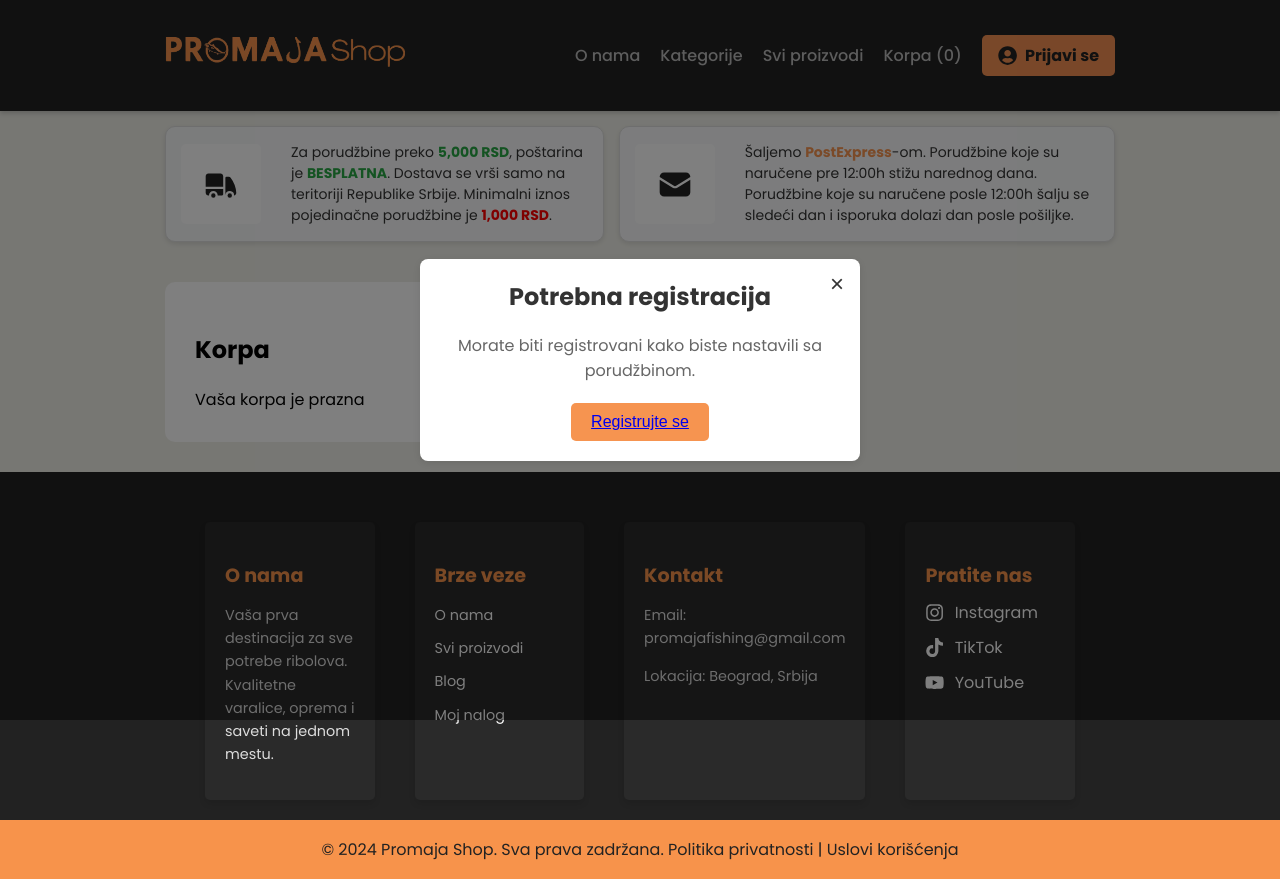
Repository: dimitrijekokovic/PromajaShopFront
Page: /cart
These files come from the project's save history. The page is drawn as it stood at one moment and after the next save; the edit follows.
The browser window is 1280 px wide. The pictures show the whole page.
The page's requests for data from a server got no answer. The project was rebuilt for these pictures with package versions that can differ from the ones it lists, and the page was loaded fresh each time. The framework's server and built-in components were replaced by stand-ins that run in the browser. No one was signed in, and anything a server would have sent is missing. Also part of the build but not shown: next.config.js, next.config.mjs, lib/colors.js, components/Button.js, components/Table.js, components/Input.js.

Above is the page before, as saved 2025-02-20 14:31:36.

After the next save:
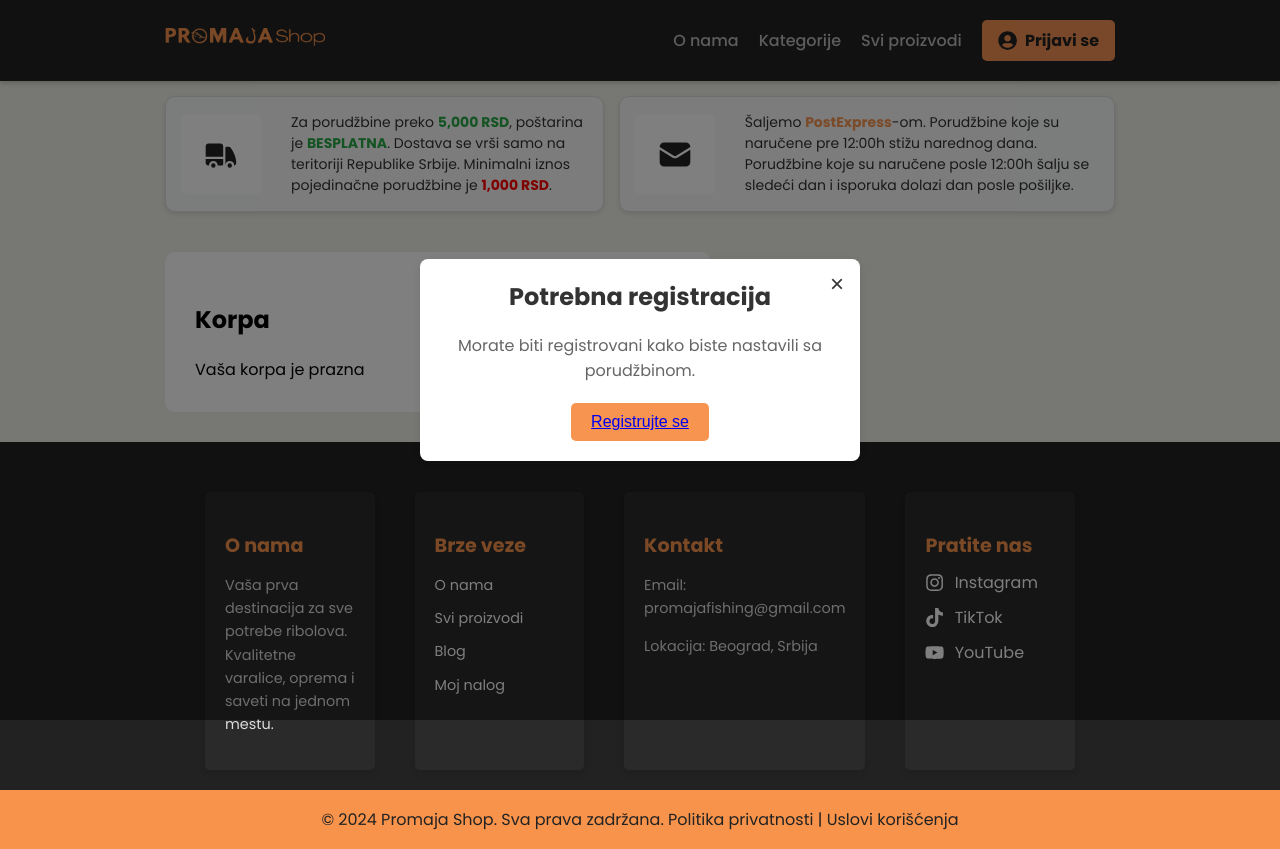
Saved 13 min 53 s later.
--- a/components/Header.js
+++ b/components/Header.js
@@ -4,34 +4,35 @@
 import Image from "next/image";
 import { CartContext } from "./CartContext";
 import { useContext, useState, useEffect } from "react";
-import { FaUserCircle } from "react-icons/fa";
+import { FaUserCircle, FaShoppingCart } from "react-icons/fa";
 import CategoriesDropdown from "./CategoriesDropdown";
 
 const StyledHeader = styled.header`
   background-color: #222;
   color: #FFA500;
-  padding: 35px 25px;
+  padding: 20px 25px;
   box-shadow: 0 2px 5px rgba(0, 0, 0, 0.2);
-  overflow: visible; /* Postavi ovako ako postoji problem */
+  overflow: visible;
 `;
 
 const Wrapper = styled.div`
   display: flex;
   justify-content: space-between;
   align-items: center;
+  position: relative;
 `;
 
 const StyledNav = styled.nav`
   display: flex;
   gap: 20px;
   align-items: center;
-    overflow: visible; /* Dodaj ovo */
+  overflow: visible;
 
   @media (max-width: 768px) {
     display: ${(props) => (props.open ? "flex" : "none")};
     flex-direction: column;
     position: absolute;
-    top: 70px;
+    top: 60px;
     left: 0;
     right: 0;
     background-color: #222;
@@ -54,6 +55,10 @@
 
   &:hover {
     color: #fff;
+  }
+
+  @media (max-width: 768px) {
+    display: none; /* Sakrivamo korpu iz menija na telefonima */
   }
 `;
 
@@ -98,11 +103,25 @@
   }
 `;
 
-const LogoWrapper = styled.div`
-  max-width: 150px;
+/* Ikonica korpe samo za mobilne uređaje */
+const MobileCartIcon = styled(Link)`
+  display: none;
+  color: #FFA500;
+  font-size: 22px;
+  position: absolute;
+  left: 15px;
 
   @media (max-width: 768px) {
-    max-width: 120px;
+    display: flex;
+    align-items: center;
+  }
+`;
+
+const LogoWrapper = styled.div`
+  max-width: 160px;
+
+  @media (max-width: 768px) {
+    max-width: 140px;
   }
 
   img {
@@ -125,25 +144,37 @@
     <StyledHeader>
       <Center>
         <Wrapper>
+          {/* Ikonica korpe samo za telefone */}
+          <MobileCartIcon href="/cart">
+            <FaShoppingCart />
+          </MobileCartIcon>
+
+          {/* Logo */}
           <Link href="/">
-            <Image
-              src="/logo.png"
-              alt="PromajaShop Logo"
-              width={240}
-              height={30}
-              priority
-            />
+            <LogoWrapper>
+              <Image
+                src="/logo.png"
+                alt="PromajaShop Logo"
+                width={240}
+                height={40}
+                priority
+              />
+            </LogoWrapper>
           </Link>
+
+          {/* Hamburger meni */}
           <HamburgerMenu onClick={() => setMenuOpen(!menuOpen)}>
             <div />
             <div />
             <div />
           </HamburgerMenu>
+
+          {/* Navigacija */}
           <StyledNav open={menuOpen}>
             <NavLink href="/aboutus">O nama</NavLink>
             <CategoriesDropdown />
             <NavLink href="/products">Svi proizvodi</NavLink>
-            <NavLink href="/cart">Korpa ({cartProducts?.length || 0})</NavLink>
+            {/* Obrisali smo Korpu iz ovog dela jer je sada ikonca iznad */}
 
             {isLoggedIn ? (
               <LoginButton href="/account">

After the save that followed:
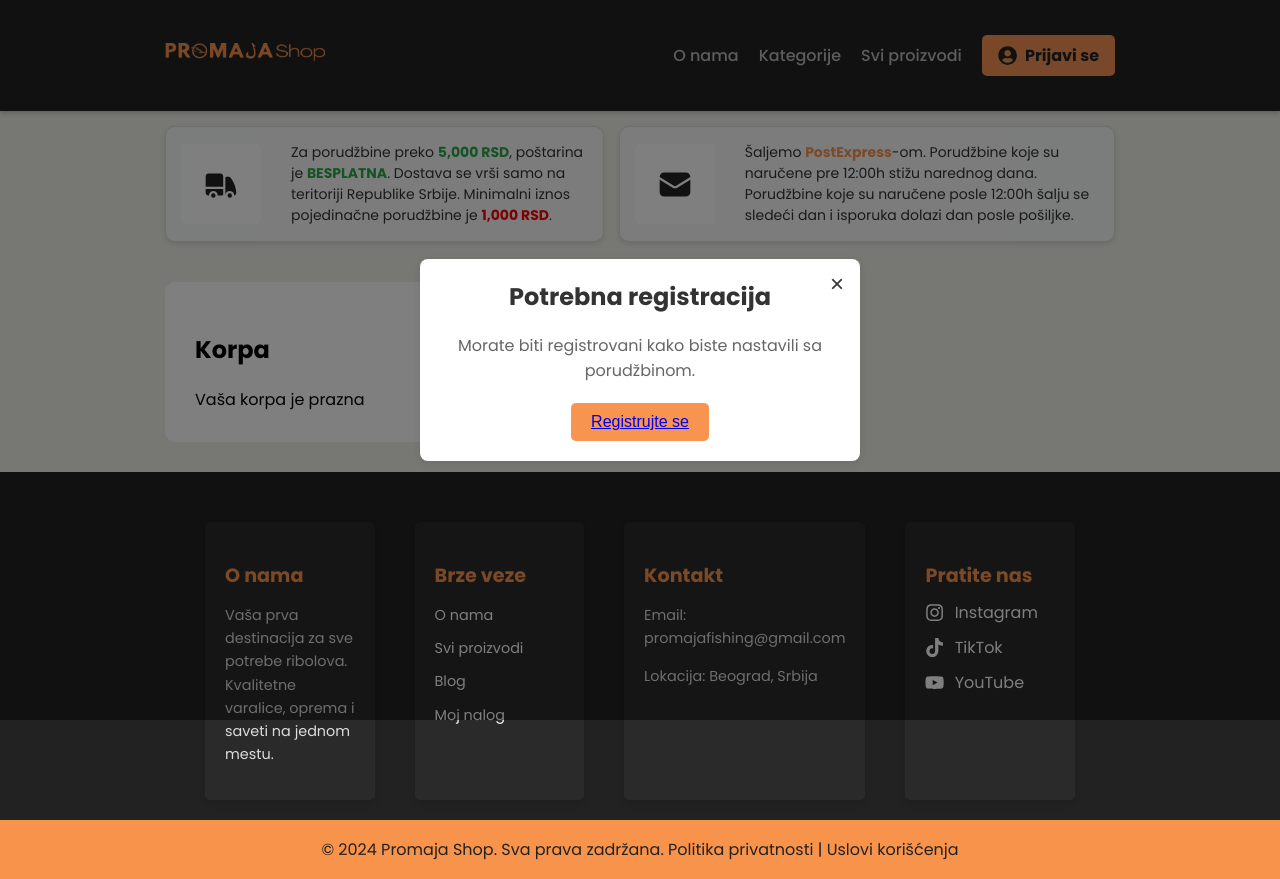
Saved 3 min 27 s later.
--- a/components/Header.js
+++ b/components/Header.js
@@ -10,7 +10,7 @@
 const StyledHeader = styled.header`
   background-color: #222;
   color: #FFA500;
-  padding: 20px 25px;
+  padding: 35px 25px;
   box-shadow: 0 2px 5px rgba(0, 0, 0, 0.2);
   overflow: visible;
 `;
